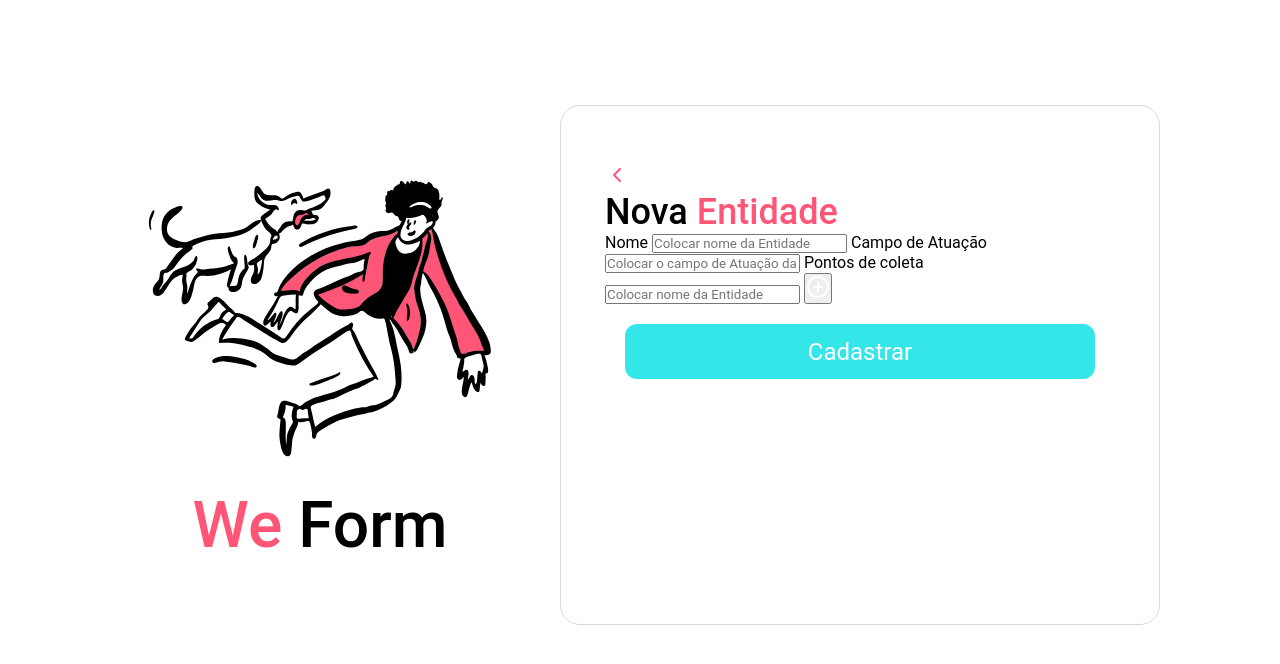
Repository: guilhermecardoso93/we-form
Page: nova-entidade.html
An editor plug-in stored every save of this project. The page is shown before and after the next save, followed by the edit.
The browser window is 1280 px wide. The pictures show the whole page.
Some web libraries are served in a nearby version.

Above is the page before, as saved 2024-06-09 18:03:55.

### nova-entidade.html
<!DOCTYPE html>
<html lang="pt-BR">

<head>
    <meta charset="UTF-8">
    <meta name="viewport" content="width=device-width, initial-scale=1.0">
    <link rel="stylesheet" href="https://cdnjs.cloudflare.com/ajax/libs/font-awesome/5.13.1/css/all.min.css">
    <link rel="stylesheet" href="./styles.css">
    <title>We Form</title>
</head>

<body>
    <div class="content">

        <aside>
            <img src="./assets/hero.svg" alt="Ilustração mulher com cachorro" />
            <h1>
                <span>We</span> Form
            </h1>
        </aside>

        <main>
            <a href="/">
                <img src="./assets/arrow-back.svg" alt="seta" />
            </a href="/">
            <h2>Nova <span>Entidade</span></h2>
            <form>
                <label form="nome">Nome</label>
                <input type="text" placeholder="Colocar nome da Entidade" id="nome">

                <label form="field">Campo de Atuação</label>
                <input type="text" placeholder="Colocar o campo de Atuação da Entidade" id="field">

                <label form="points">Pontos de coleta</label>
                <input type="text" placeholder="Colocar nome da Entidade" id="points">
                <button>
                    <img src="./assets/plus.svg" alt="" />
                </button>
            </form>
            <div class="buttons">
                <button>
                <a href="http://">Cadastrar </a>
            </div>

        </main>
    </div>
</body>

</html>

### styles.css
* {
  padding: 0;
  margin: 0;
  box-sizing: border-box;
  font-family: Roboto, sans-serif;
}

:root {
  font-size: 62.5%;
}

body {
  font-size: 1.6rem;
  text-decoration: none;
}

.content {
 display: flex;
 flex-wrap: wrap-reverse;
 align-items: center;
 justify-content:center;
 gap: 4rem;
 margin: 10.5rem 0 4rem 0;
}


aside {
  display: flex;
  flex-direction: column;
  align-items: center;
  justify-content: center;
  gap: 2rem;
}

aside h1 {
  font-size: 6.4rem;
  font-weight: 500;
  line-height: 75px;
}

aside h1>span, main h2>span {
  color: #FF5678;
}

aside img {
  width: 40rem;
}


main {
  width: 60rem;
  height: 52rem;
  border: 1px solid rgba(0, 0, 0, 0.15);
  border-radius: 20px;
  padding: 5.7rem 4.4rem;
}

main h2 {
  max-width: 43rem;
  font-size: 3.6rem;
  font-weight: 500;
}

.buttons {
  display: flex;
  flex-direction: column;
  justify-content: center;
  gap: 3.5rem;
  margin: 2rem;
}


.buttons button {
  background-color: #35e6e9;
  height: 5.5rem;
  border: none;
  border-radius: 12px;
}

.buttons button:hover {
  opacity: 0.5;
}

.buttons button a {
  text-decoration: none;
  color: #fff;
  font-size: 2.4rem;
}

.buttons button+button {
  background-color: #FF5678;
}

.footer {
  display: flex;
  flex-direction: column;
  align-items: center;
  justify-content: center;
  gap: 1rem;
}

.footer p {
  font-size: 1.6rem;
  margin-top: 8rem;
}

.footer a {
  font-size: 1.2rem;
  color: #000;
  text-decoration: none;
}

### assets/arrow-back.svg
<svg xmlns="http://www.w3.org/2000/svg" width="24" height="24" viewBox="0 0 24 24" fill="none" stroke="#FF5678" stroke-width="2" stroke-linecap="round" stroke-linejoin="round" class="lucide lucide-chevron-left"><path d="m15 18-6-6 6-6"/></svg>

### assets/plus.svg
<svg xmlns="http://www.w3.org/2000/svg" width="24" height="24" viewBox="0 0 24 24" fill="none" stroke="#fff" stroke-width="2" stroke-linecap="round" stroke-linejoin="round" class="lucide lucide-circle-plus"><circle cx="12" cy="12" r="10"/><path d="M8 12h8"/><path d="M12 8v8"/></svg>

After the next save:
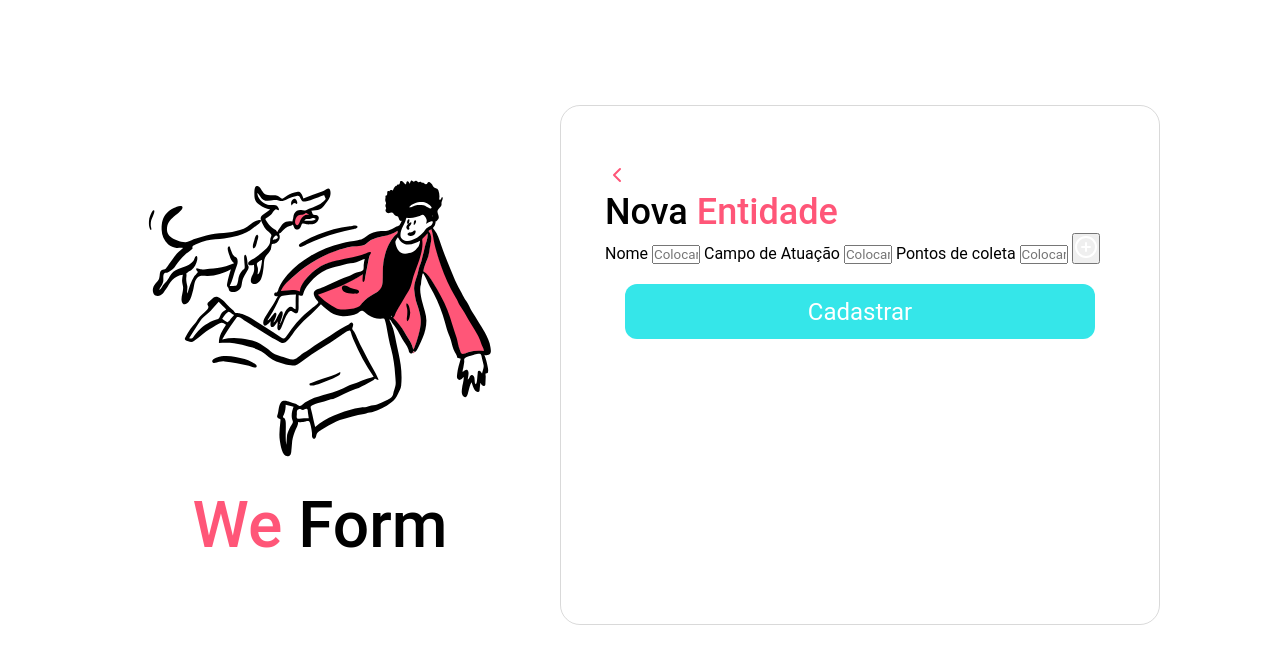
Saved 76 s later.
--- a/styles.css
+++ b/styles.css
@@ -109,3 +109,8 @@ main h2 {
   color: #000;
   text-decoration: none;
 }
+
+
+main form input {
+  width: 4.8rem;
+}
